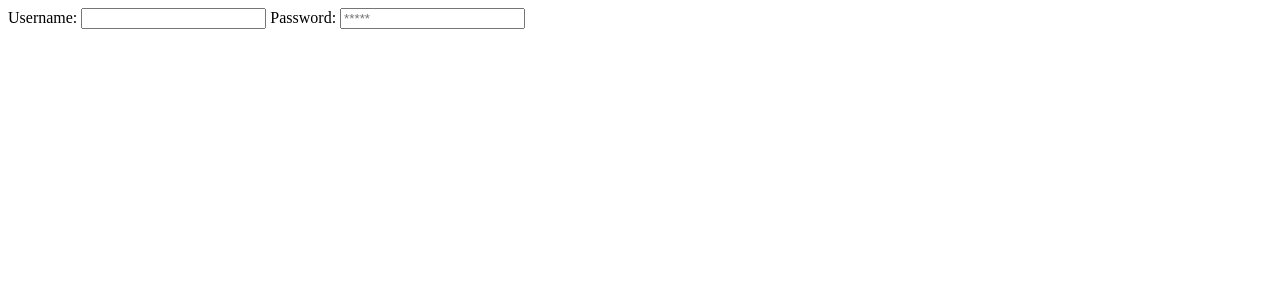
Repository: MikeMoore55/TheLibrary
Page: http://localhost/src/public/pages/sign-in.page.php
These files come from the project's save history. The page is drawn as it stood at one moment and after the next save; the edit follows.
The browser window is 1280 px wide. The pictures show the whole page.
The page is run by PHP 8.4 with error messages shown; the project is at /var/www/html/.

Above is the page before, as saved 2022-07-06 14:51:03.

After the next save:
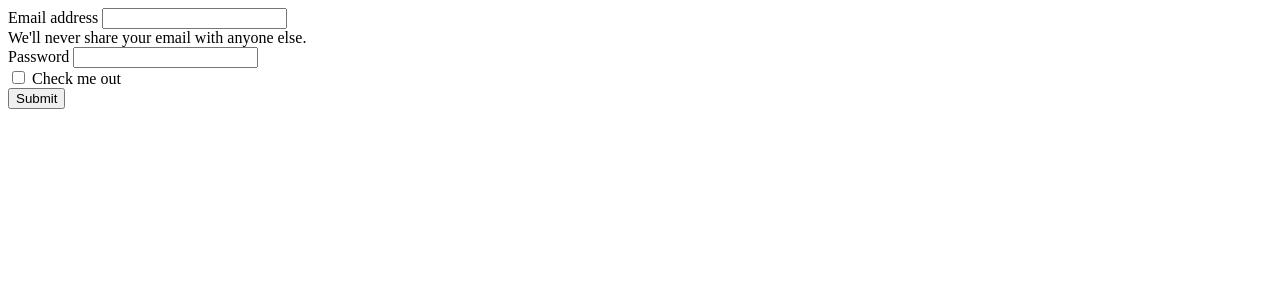
Saved 48 s later.
--- a/src/public/pages/sign-in.page.php
+++ b/src/public/pages/sign-in.page.php
@@ -2,13 +2,18 @@
 
 <main>
     <form class="sign-in-form" action="home" method="POST">
-        <label for="exampleFormControlInput1" class="form-label">
-            Username:
-        </label>
-        <input type="text" class="form-control" id="exampleFormControlInput1" name="username">
-        <label for="exampleFormControlInput2" class="form-label">
-            Password:
-        </label>
-        <input type="password" class="form-control" id="exampleFormControlInput2" placeholder="*****" name="password">
-    </form>
+    <div class="mb-3">
+    <label for="exampleInputEmail1" class="form-label">Email address</label>
+    <input type="email" class="form-control" id="exampleInputEmail1" aria-describedby="emailHelp">
+    <div id="emailHelp" class="form-text">We'll never share your email with anyone else.</div>
+  </div>
+  <div class="mb-3">
+    <label for="exampleInputPassword1" class="form-label">Password</label>
+    <input type="password" class="form-control" id="exampleInputPassword1">
+  </div>
+  <div class="mb-3 form-check">
+    <input type="checkbox" class="form-check-input" id="exampleCheck1">
+    <label class="form-check-label" for="exampleCheck1">Check me out</label>
+  </div>
+  <button type="submit" class="btn btn-primary">Submit</button>    </form>
 </main>
